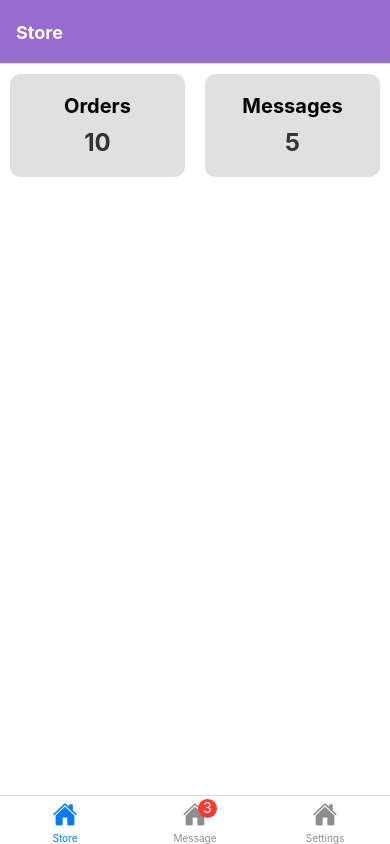
Repository: Waikato153/AwesomeProject
Screen: /
These files come from the project's save history. The screen is drawn as it stood at one moment and after a run of saves; the edit follows.
The app was drawn by React Native's web renderer in a window 390 px wide. The project was rebuilt for these pictures with package versions that can differ from the ones it lists, and the page was loaded fresh each time.

Above is the screen before, as saved 2024-02-28 17:19:57.

After the next 3 saves:
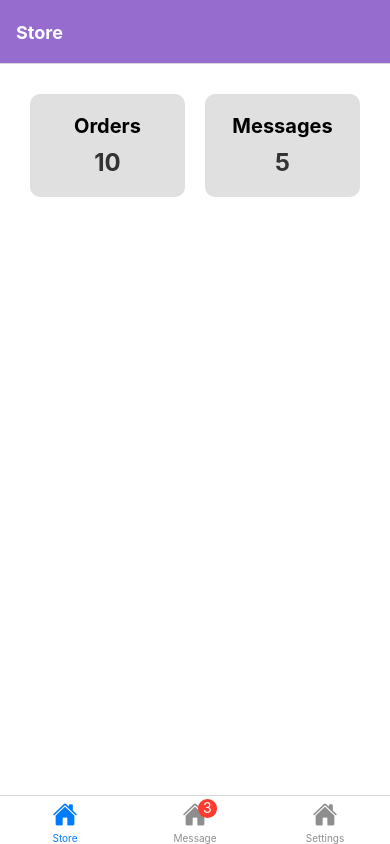
The 3 saves are shown as one change because they came seconds apart.
The last was saved 9 s later.
--- a/screens/HomeScreen.js
+++ b/screens/HomeScreen.js
@@ -26,7 +26,7 @@ const styles = StyleSheet.create({
     justifyContent: 'space-around',
     alignItems: 'flex-start',
     backgroundColor: '#ffffff',
-    padding: 0,
+    padding: 20,
   },
   block: {
     flex: 1,
